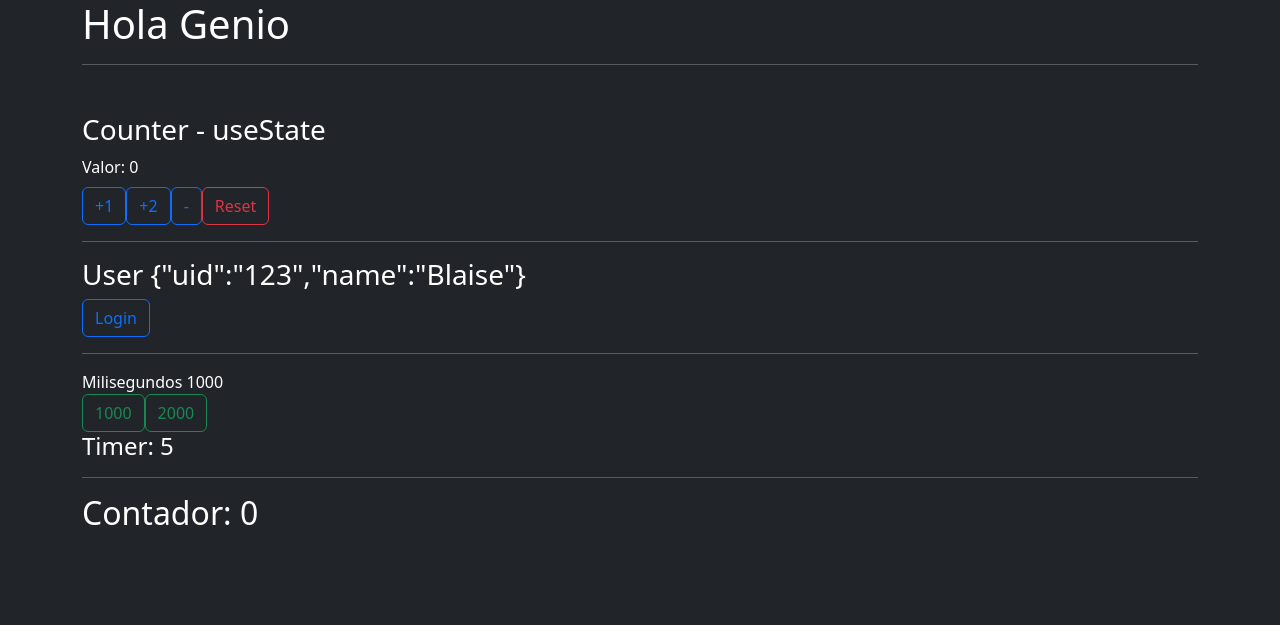
Repository: ChristianGecchelin/Typescript-Course1
Page: /
An editor plug-in stored every save of this project. The page is shown before and after the next save, followed by the edit.
The browser window is 1280 px wide. The pictures show the whole page.
The project was rebuilt for these pictures with package versions that can differ from the ones it lists, and the page was loaded fresh each time.

Above is the page before, as saved 2022-08-16 15:50:54.

### public/index.html
<!DOCTYPE html>
<html lang="en">
  <head>
    <meta charset="utf-8" />
    <link rel="icon" href="%PUBLIC_URL%/favicon.ico" />
    <meta name="viewport" content="width=device-width, initial-scale=1" />
    <meta name="theme-color" content="#000000" />
    <meta
      name="description"
      content="Web site created using create-react-app"
    />
    <link rel="apple-touch-icon" href="%PUBLIC_URL%/logo192.png" />
    <!--
      manifest.json provides metadata used when your web app is installed on a
      user's mobile device or desktop. See https://developers.google.com/web/fundamentals/web-app-manifest/
    -->
    <link rel="manifest" href="%PUBLIC_URL%/manifest.json" />
    <!--
      Notice the use of %PUBLIC_URL% in the tags above.
      It will be replaced with the URL of the `public` folder during the build.
      Only files inside the `public` folder can be referenced from the HTML.

      Unlike "/favicon.ico" or "favicon.ico", "%PUBLIC_URL%/favicon.ico" will
      work correctly both with client-side routing and a non-root public URL.
      Learn how to configure a non-root public URL by running `npm run build`.
    -->
    <!-- CSS only -->
    <link
      href="https://cdn.jsdelivr.net/npm/bootstrap@5.2.0/dist/css/bootstrap.min.css"
      rel="stylesheet"
      integrity="sha384-gH2yIJqKdNHPEq0n4Mqa/HGKIhSkIHeL5AyhkYV8i59U5AR6csBvApHHNl/vI1Bx"
      crossorigin="anonymous"
    />
    <title>React + TS</title>
  </head>
  <body class="container bg-dark text-white">
    <noscript>You need to enable JavaScript to run this app.</noscript>
    <div id="root"></div>
    <!--
      This HTML file is a template.
      If you open it directly in the browser, you will see an empty page.

      You can add webfonts, meta tags, or analytics to this file.
      The build step will place the bundled scripts into the <body> tag.

      To begin the development, run `npm start` or `yarn start`.
      To create a production bundle, use `npm run build` or `yarn build`.
    -->
  </body>
</html>

### src/App.tsx
import { ContadorRed } from "./components/contadorRed";
import { Counter } from "./components/Counter";
import { TimerPadre } from "./components/TimerPadre";
import { Usuario } from "./components/Usuario";

function App() {
  return (
    <>
      <h1>Hola Genio</h1>
      <hr />
      <Counter />
      <hr />
      <Usuario />
      <hr />
      <TimerPadre />
      <hr />
      <ContadorRed/>
    </>
  );
}

export default App;

### src/components/contadorRed.tsx
import React, { useReducer } from "react";

const initialState = {
  contador: 0,
};
type ActionType = {
  type: "incrementar";
};

const contadorReducer = (state: typeof initialState, action: ActionType) => {
  switch (action.type) {
    case "incrementar":
      return {
        ...state,
        contador: state.contador + 1,
      };
    default:
      return state;
  }
};

export const ContadorRed = () => {

    const [contadorState, dispatch] = useReducer(contadorReducer, initialState)

  return (
    <>
      <h2>Contador: {contadorState.contador}</h2>
    </>
  );
};

### src/components/Counter.tsx
import { useState } from "react";

export const Counter = () => {
  const [counter, setCounter] = useState(0);
  // :void nos indica que la función no regresa nada, sin return
  const incrementar = (numero:number): void => {
    setCounter(counter + numero);
  };
  const decrementar = (): void => {
    setCounter(counter - 1);
  };
  const reset =():void=>{
    setCounter(0)
  }
  return (
    <div className="mt-5">
      <h3>Counter - useState</h3>
      <span>Valor: {counter}</span>
      <br />
      <button className="btn btn-outline-primary mt-2" onClick={()=>incrementar(1)}>
        +1
      </button>
      <button className="btn btn-outline-primary mt-2" onClick={()=>incrementar(2)}>
        +2
      </button>
      <button className="btn btn-outline-primary mt-2" onClick={decrementar}>
        -
      </button>
      <button className="btn btn-outline-danger mt-2" onClick={reset}>Reset</button>
    </div>
  );
};

### src/components/TimerPadre.tsx
import { useState } from "react";
import { Timer } from "./Timer";

export const TimerPadre = () => {
  const [milesimas, setMilesimas] = useState(1000);
  return (
    <>
      <span>Milisegundos {milesimas}</span>
      <br />
      <button
        className="btn btn-outline-success"
        onClick={() => setMilesimas(1000)}
      >
        1000
      </button>
      <button
        className="btn btn-outline-success"
        onClick={() => setMilesimas(2000)}
      >
        2000
      </button>
      <Timer milesimas={milesimas}/>
    </>
  );
};

### src/components/Usuario.tsx
import { useState } from "react";

interface User {
    uid:string,
    name:string,
}

export const Usuario = () => {
    // declaro que el state debe cumplir con lo declarado en la interface User
  const [user, setUser] = useState<User>({
    uid:'123',
    name:'Blaise',
  });

  const login = () => {
    setUser({
      uid: "ABC123",
      name: "Christian,",
    });
  };

  return (
    <div>
      <h3>User {JSON.stringify(user)}</h3>
      <button className="btn btn-outline-primary" onClick={login}>Login</button>
    </div>
  );
};

### src/components/Timer.tsx
import { useEffect, useRef, useState } from "react";

type TimerProps ={
    milesimas:number
}

export const Timer = ({milesimas}:TimerProps) => {
  const [segundos, setSegundos] = useState(0);
    const ref = useRef<NodeJS.Timeout>()
  useEffect(() => {
    ref.current && clearInterval(ref.current)
    ref.current=setInterval(() => setSegundos((s) => s + 1), milesimas);
  }, [milesimas]);
  return <h4>Timer: {segundos} </h4>;
};

### src/components/ContadorRed.tsx
import React, { useReducer } from "react";

const initialState = {
  contador: 0,
};
type ActionType =
  | {
      type: "incrementar";
    }
  | { type: "decrementar" }
  | { type: "custom"; payload: number };

const contadorReducer = (state: typeof initialState, action: ActionType) => {
  switch (action.type) {
    case "incrementar":
      return {
        ...state,
        contador: state.contador + 1,
      };
    case "decrementar":
      return {
        ...state,
        contador: state.contador - 1,
      };
    case "custom":
      return {
        ...state,
        contador: action.payload,
      };
    default:
      return state;
  }
};

export const ContadorRed = () => {
  const [contadorState, dispatch] = useReducer(contadorReducer, initialState);

  return (
    <>
      <h2>Contador: {contadorState.contador}</h2>
      <button
        className="btn btn-outline-primary mt-2"
        onClick={() => {
          dispatch({ type: "incrementar" });
        }}
      >
        Incrementar
      </button>
      <button
        className="btn btn-outline-primary mt-2"
        onClick={() => {
          dispatch({ type: "decrementar" });
        }}
      >
        Decrementar
      </button>
      <button
        className="btn btn-outline-danger mt-2"
        onClick={() => {
          dispatch({ type: "custom",payload:100 });
        }}
      >
        100
      </button>
    </>

  );
};

Loaded but not shown: src/index.tsx (common file)

After the next save:
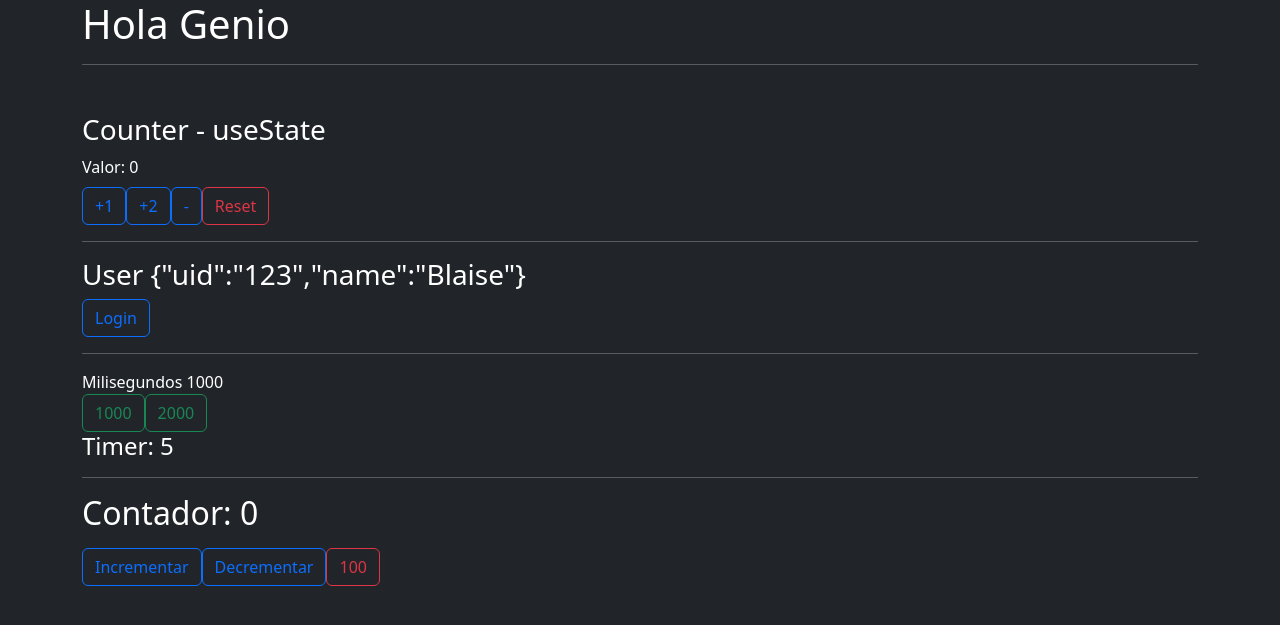
Saved 14 s later.
--- a/src/App.tsx
+++ b/src/App.tsx
@@ -1,4 +1,4 @@
-import { ContadorRed } from "./components/contadorRed";
+import { ContadorRed } from "./components/ContadorRed";
 import { Counter } from "./components/Counter";
 import { TimerPadre } from "./components/TimerPadre";
 import { Usuario } from "./components/Usuario";
